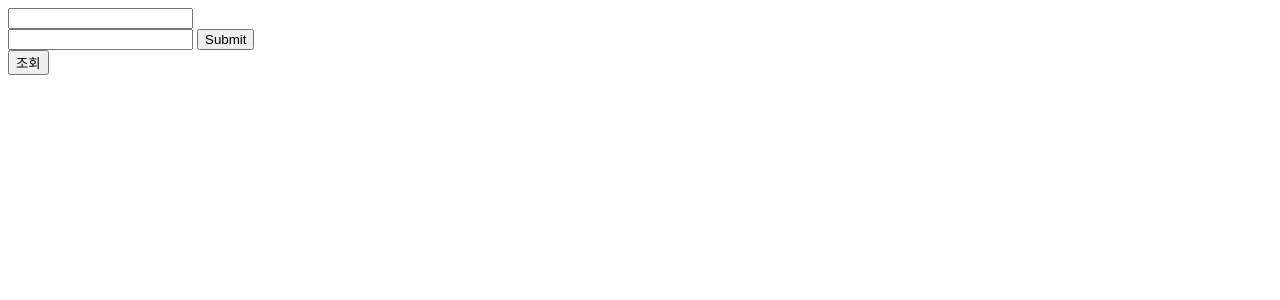
Repository: mobey3/JspProject
Page: http://localhost/JS_JSP/insertUser.jsp
The author's editor kept a copy of each file at every save. The page is drawn from the files as they stood at one save, then again after the next save.
The browser window is 1280 px wide. The pictures show the whole page.
The page is served by Tomcat 9.

Above is the page before, as saved 2021-07-20 05:19:39.

After the next save:
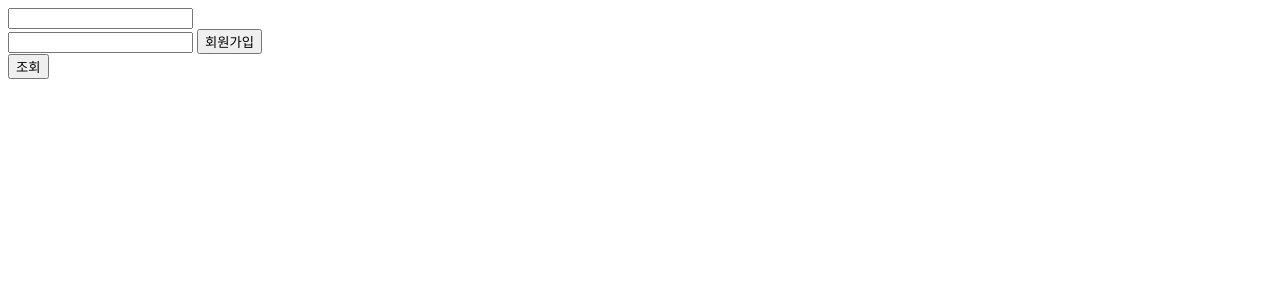
Saved 32 s later.
--- a/0720/JS_JSP/src/main/webapp/insertUser.jsp
+++ b/0720/JS_JSP/src/main/webapp/insertUser.jsp
@@ -11,7 +11,7 @@
 <form action="./userJoinAction.jsp" method="post">
 	<input type="text" name="userID"><br>
 	<input type="password" name="userPassword">
-	<input type="submit" name="회원가입">
+	<input type="submit" value="회원가입">
 </form>
 <form action="./UseDB" method="post">
 	<input type="submit" value="조회">
